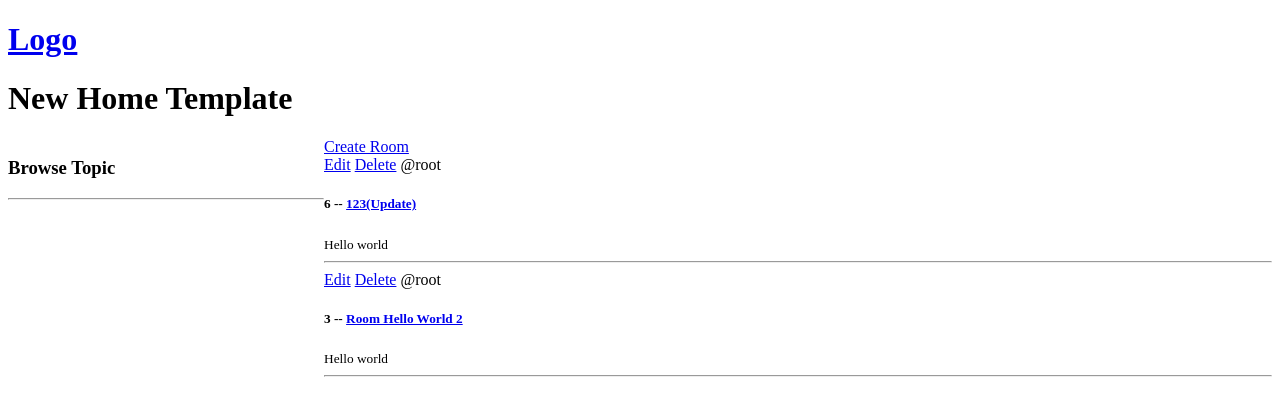
Repository: DZESU/studybug_django
Page: http://localhost/
These files come from the project's save history. The page is drawn as it stood at one moment and after the next save; the edit follows.
The browser window is 1280 px wide. The pictures show the whole page.
The page is served by the project's application, run on Django 4.2 (manage.py). The page reads the database file committed with the project.

Above is the page before, as saved 2022-08-02 22:26:54.

After the next save:
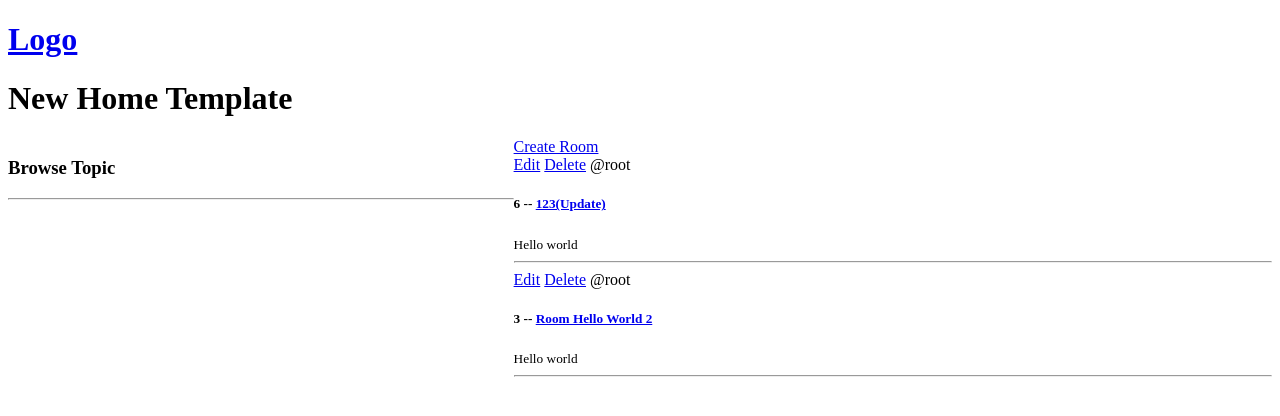
Saved 8 s later.
--- a/base/templates/base/home.html
+++ b/base/templates/base/home.html
@@ -3,7 +3,7 @@
 <style>
     .home-container{
         display: grid;
-        grid-template-columns: 1fr 3fr;
+        grid-template-columns: 2fr 3fr;
     }
 </style>
 <h1>New Home Template</h1>

After the save that followed:
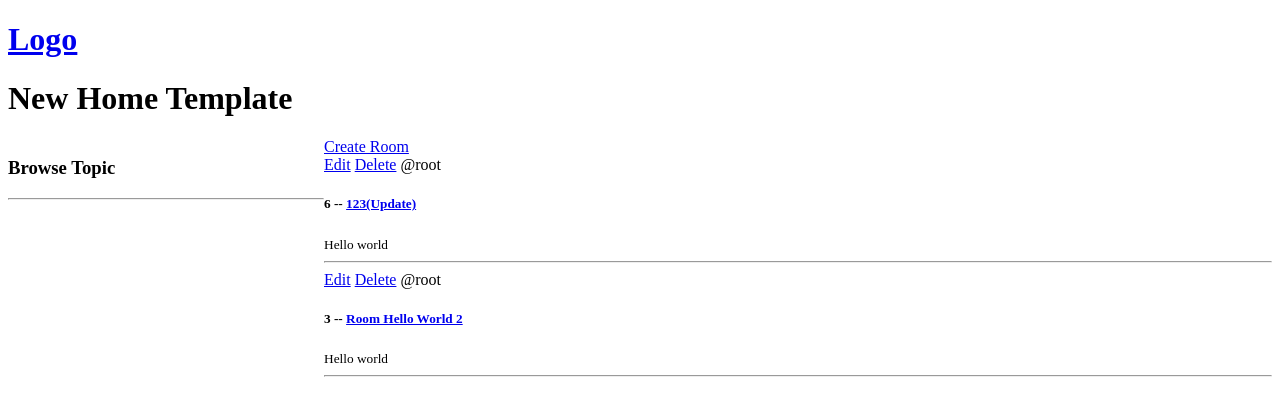
Saved 5 s later.
--- a/base/templates/base/home.html
+++ b/base/templates/base/home.html
@@ -3,7 +3,7 @@
 <style>
     .home-container{
         display: grid;
-        grid-template-columns: 2fr 3fr;
+        grid-template-columns: 1fr 3fr;
     }
 </style>
 <h1>New Home Template</h1>
